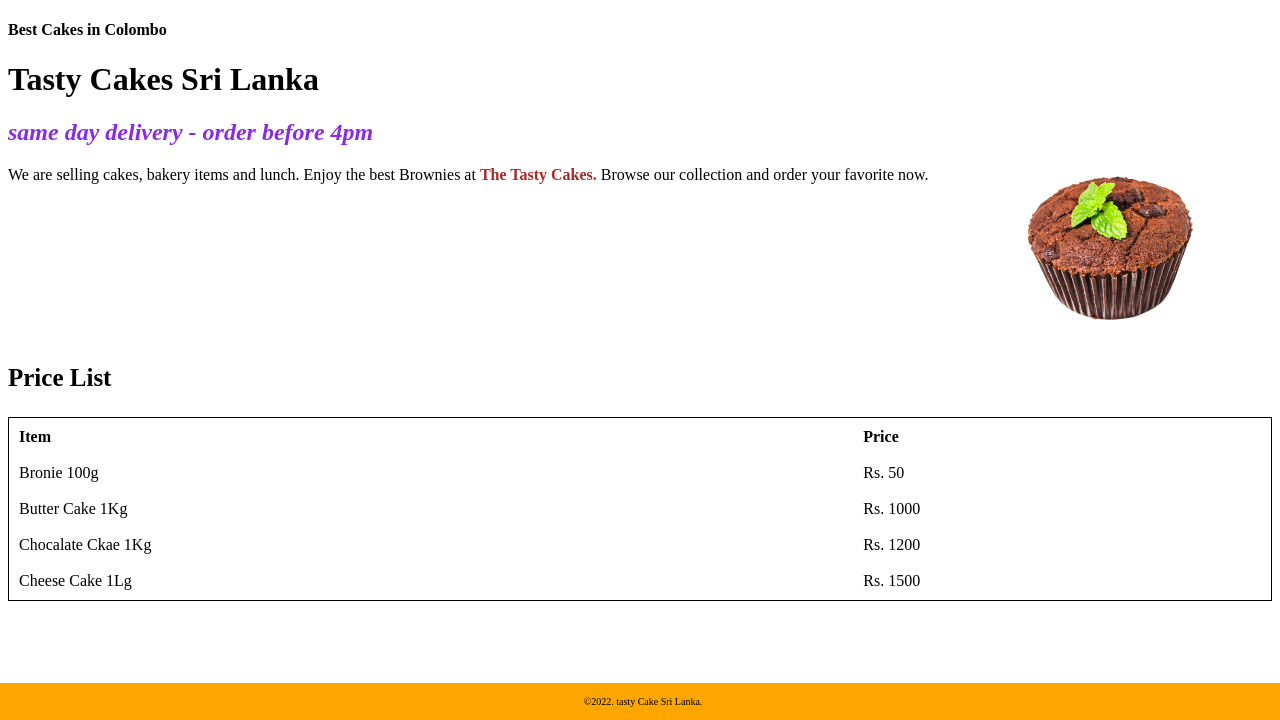
Repository: DhananjayaLakshan/Uom-Web_Design_For_Beginners
Page: work01/index.html
An editor plug-in stored every save of this project. The page is shown before and after the next save, followed by the edit.
The browser window is 1280 px wide. The pictures show the whole page.

Above is the page before, as saved 2023-11-24 18:37:32.

After the next save:
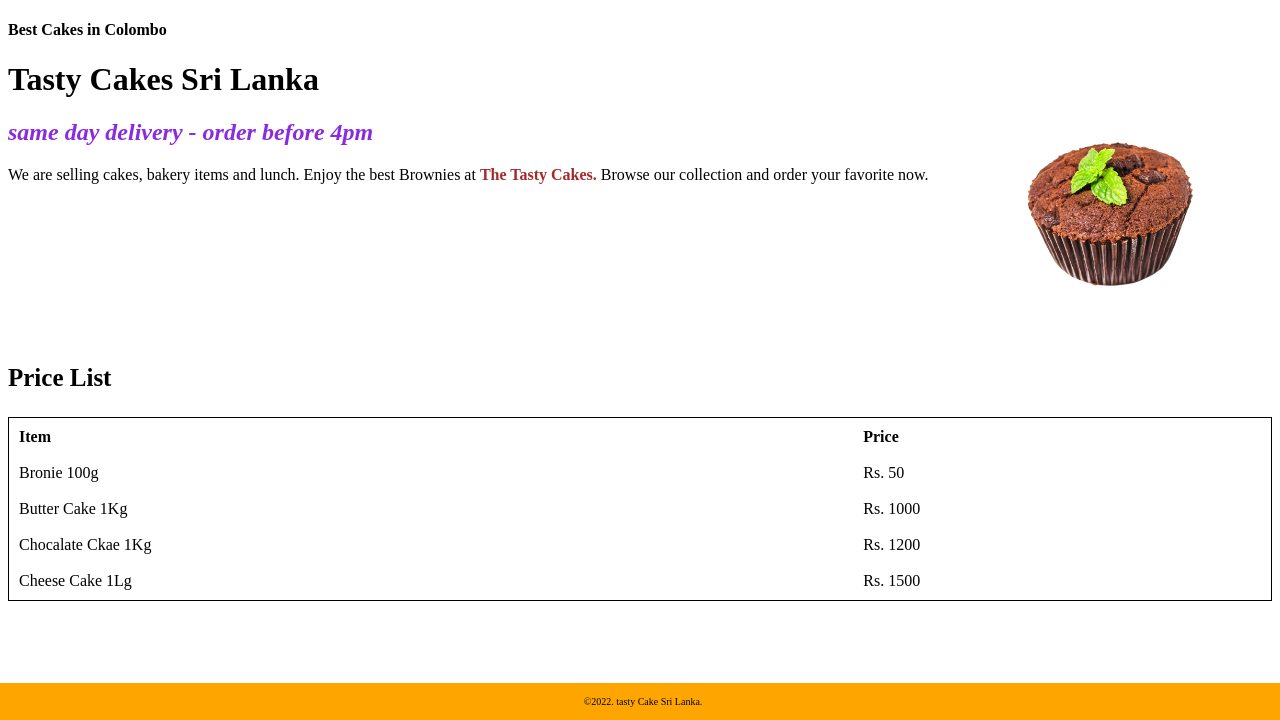
Saved 11 min 8 s later.
--- a/work01/index.html
+++ b/work01/index.html
@@ -9,10 +9,10 @@
     <h1>Tasty Cakes Sri Lanka</h1>
 
     <h2 class="tagline">same day delivery - order before 4pm </h2>
+    <img src="image-01.png" width="320px" alt="cake picture">
     <p>We are selling cakes, bakery items and lunch. Enjoy the best Brownies at <strong style="color: brown;"> The Tasty Cakes.</strong>
         Browse our collection and order your favorite now.</p>
 
-    <img src="image-01.png" width="320px" alt="cake picture">
 
 
     <p class="pricetopic">Price List</p>
